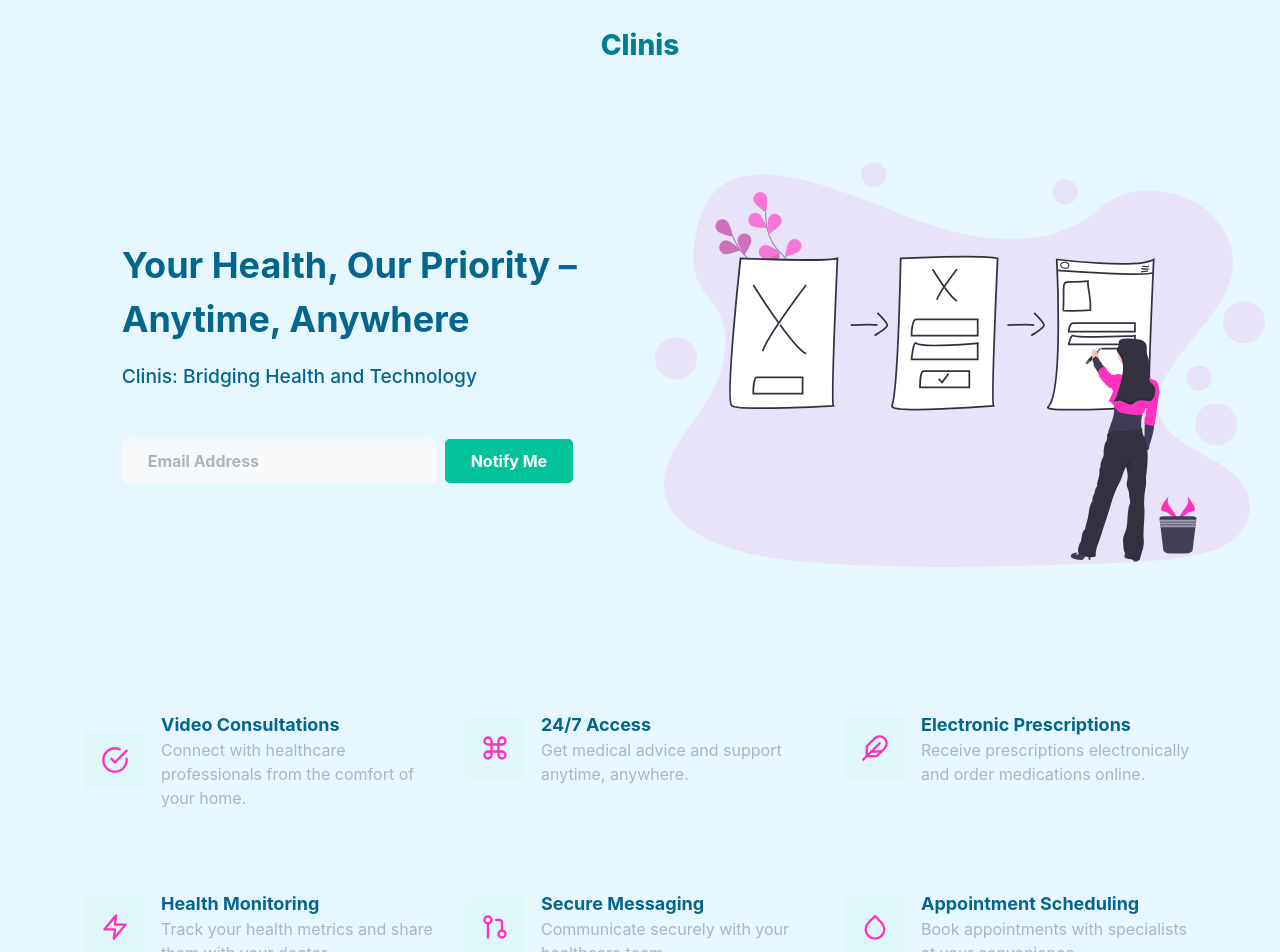
Repository: Rupak09/demo1
Page: index.html
The author's editor kept a copy of each file at every save. The page is drawn from the files as they stood at one save, then again after the next save.
The browser window is 1280 px wide. The pictures show the part of the page from y = 0 to 952 px (the page is 2819 px tall).
A picture or video elsewhere on the page could not be fetched, so the positions and the page height are approximate. Some web fonts or font styles are not loaded; a fallback is used. Some web libraries are served in a nearby version.

Above is the page before, as saved 2024-12-28 12:04:28.

### index.html
<!doctype html>
<html lang="en">
<head>
    <!-- Required meta tags -->
    <meta charset="utf-8">
    <meta name="viewport" content="width=device-width, initial-scale=1, shrink-to-fit=no">
    <title>Clinis</title>
    <meta name="description" content="Clinis - People's most recommended telemedicine app."/>

    <!-- Google font -->
    <link href="https://fonts.googleapis.com/css?family=K2D:300,400,500,700,800" rel="stylesheet">

    <!-- Bootstrap CSS / Color Scheme -->
    <link rel="stylesheet" href="css/bootstrap.css">
    <style>
        body {
            background-color: #e6f7ff; /* Light Cyan */
            color: #005f73; /* Deep Teal */
        }
        .heading-brand {
            color: #028090; /* Cyan */
        }
        h1, .lead, .title {
            color: #05668d; /* Teal Blue */
        }
        .btn-primary {
            background-color: #02c39a; /* Medium Aquamarine */
            border-color: #02c39a;
        }
        .btn-primary:hover {
            background-color: #028090; /* Cyan */
            border-color: #028090;
        }
        .icon-box-inner {
            background-color: #e0f7fa; /* Light Cyan */
        }
        .icon-box-inner span {
            color: #039be5; /* Light Blue */
        }
        footer {
            background-color: #028090; /* Cyan */
            color: #ffffff; /* White */
        }
        a {
            color: #0288d1; /* Bright Blue */
        }
        a:hover {
            color: #039be5; /* Light Blue */
        }
    </style>
</head>
<body>
<!-- The rest of the HTML remains the same -->
</body>
</html>

<!-- Header Section -->
<section class="pt-4 pb-5">
    <div class="container-fluid">
        <div class="row">
            <div class="col-12 text-center">
                <div class="heading-brand">Clinis</div>
            </div>
        </div>
        <div class="row mt-6">
            <div class="col-md-5 ml-md-auto my-md-auto order-2 order-md-1">
                <h1>Your Health, Our Priority – Anytime, Anywhere</h1>
                <p class="lead mb-5">
                    Clinis: Bridging Health and Technology
                </p>
                <form class="form-inline">
                    <div class="form-group mr-2 mb-2">
                        <label for="email" class="sr-only">Email</label>
                        <input type="email" class="form-control" id="email" placeholder="Email Address">
                    </div>
                    <button type="submit" class="btn btn-primary mb-2">Notify Me</button>
                </form>
            </div>
            <div class="col-md-6 my-md-auto pb-5 pb-md-0 order-1 order-md-2">
                <img alt="Mockup" class="img-fluid d-block mx-auto" src="img/mockup.svg"/>
            </div>
        </div>
    </div>
</section>

<!-- Features Section -->
<section class="py-5">
    <div class="container">
        <div class="row feature-grid">
            <div class="col-md-4 col-sm-6">
                <div class="media">
                    <div class="icon-box">
                        <div class="icon-box-inner">
                            <span data-feather="check-circle" width="28" height="28"></span>
                        </div>
                    </div>
                    <div class="media-body">
                        <div class="title">Video Consultations</div>
                        <div class="sub-title">Connect with healthcare professionals from the comfort of your home.</div>
                    </div>
                </div>
            </div>
            <div class="col-md-4 col-sm-6">
                <div class="media">
                    <div class="icon-box">
                        <div class="icon-box-inner">
                            <span data-feather="command" width="28" height="28"></span>
                        </div>
                    </div>
                    <div class="media-body">
                        <div class="title">24/7 Access</div>
                        <div class="sub-title">Get medical advice and support anytime, anywhere.</div>
                    </div>
                </div>
            </div>
            <div class="col-md-4 col-sm-6">
                <div class="media">
                    <div class="icon-box">
                        <div class="icon-box-inner">
                            <span data-feather="feather" width="28" height="28"></span>
                        </div>
                    </div>
                    <div class="media-body">
                        <div class="title">Electronic Prescriptions</div>
                        <div class="sub-title">Receive prescriptions electronically and order medications online.</div>
                    </div>
                </div>
            </div>
            <div class="col-md-4 col-sm-6">
                <div class="media">
                    <div class="icon-box">
                        <div class="icon-box-inner">
                            <span data-feather="zap" width="28" height="28"></span>
                        </div>
                    </div>
                    <div class="media-body">
                        <div class="title">Health Monitoring</div>
                        <div class="sub-title">Track your health metrics and share them with your doctor.</div>
                    </div>
                </div>
            </div>
            <div class="col-md-4 col-sm-6">
                <div class="media">
                    <div class="icon-box">
                        <div class="icon-box-inner">
                            <span data-feather="git-pull-request" width="28" height="28"></span>
                        </div>
                    </div>
                    <div class="media-body">
                        <div class="title">Secure Messaging</div>
                        <div class="sub-title">Communicate securely with your healthcare team.</div>
                    </div>
                </div>
            </div>
            <div class="col-md-4 col-sm-6">
                <div class="media">
                    <div class="icon-box">
                        <div class="icon-box-inner">
                            <span data-feather="droplet" width="28" height="28"></span>
                        </div>
                    </div>
                    <div class="media-body">
                        <div class="title">Appointment Scheduling</div>
                        <div class="sub-title">Book appointments with specialists at your convenience.</div>
                    </div>
                </div>
            </div>
        </div>
    </div>
</section>

<!-- Used By Section -->
<section class="pt-5 pb-7">
    <div class="container">
        <div class="row">
            <div class="col-md-8 mx-auto text-center">
                <h2>Trusted by Thousands of Users</h2>
                <p class="lead text-muted">Clinis is used by individuals and families for all their telemedicine needs.</p>
                <div class="mt-5 d-flex flex-row justify-content-md-between flex-wrap press-icons">
                    <img src="https://logo.clearbit.com/google.com?size=60" alt="Google"/>
                    <img src="https://logo.clearbit.com/twitter.com?size=60" alt="Twitter"/>
                    <img src="https://logo.clearbit.com/vuejs.org?size=60" alt="Vue.js"/>
                    <img src="https://logo.clearbit.com/stripe.com?size=60" alt="Stripe"/>
                </div>
            </div>
        </div>
    </div>
</section>

<!-- Footer -->
<footer class="py-5">
    <div class="container">
        <div class="row">
            <div class="col-12 text-center">
                <ul class="list-inline">
                    <li class="list-inline-item"><a href="#">Team</a></li>
                    <li class="list-inline-item"><a href="#">About</a></li>
                    <li class="list-inline-item"><a href="#">Privacy</a></li>
                </ul>
            </div>
        </div>
        <div class="row my-2">

        </div>
    </div>
</footer>

<!-- jQuery first, then Popper.js, then Bootstrap JS -->
<script src="https://code.jquery.com/jquery-3.2.1.min.js"></script>
<script src="https://cdnjs.cloudflare.com/ajax/libs/feather-icons/4.7.3/feather.min.js"></script>
<script src="js/scripts.js"></script>
</body>
</html>

Loaded but not shown: css/bootstrap.css (library); js/scripts.js (common file)

After the next save:
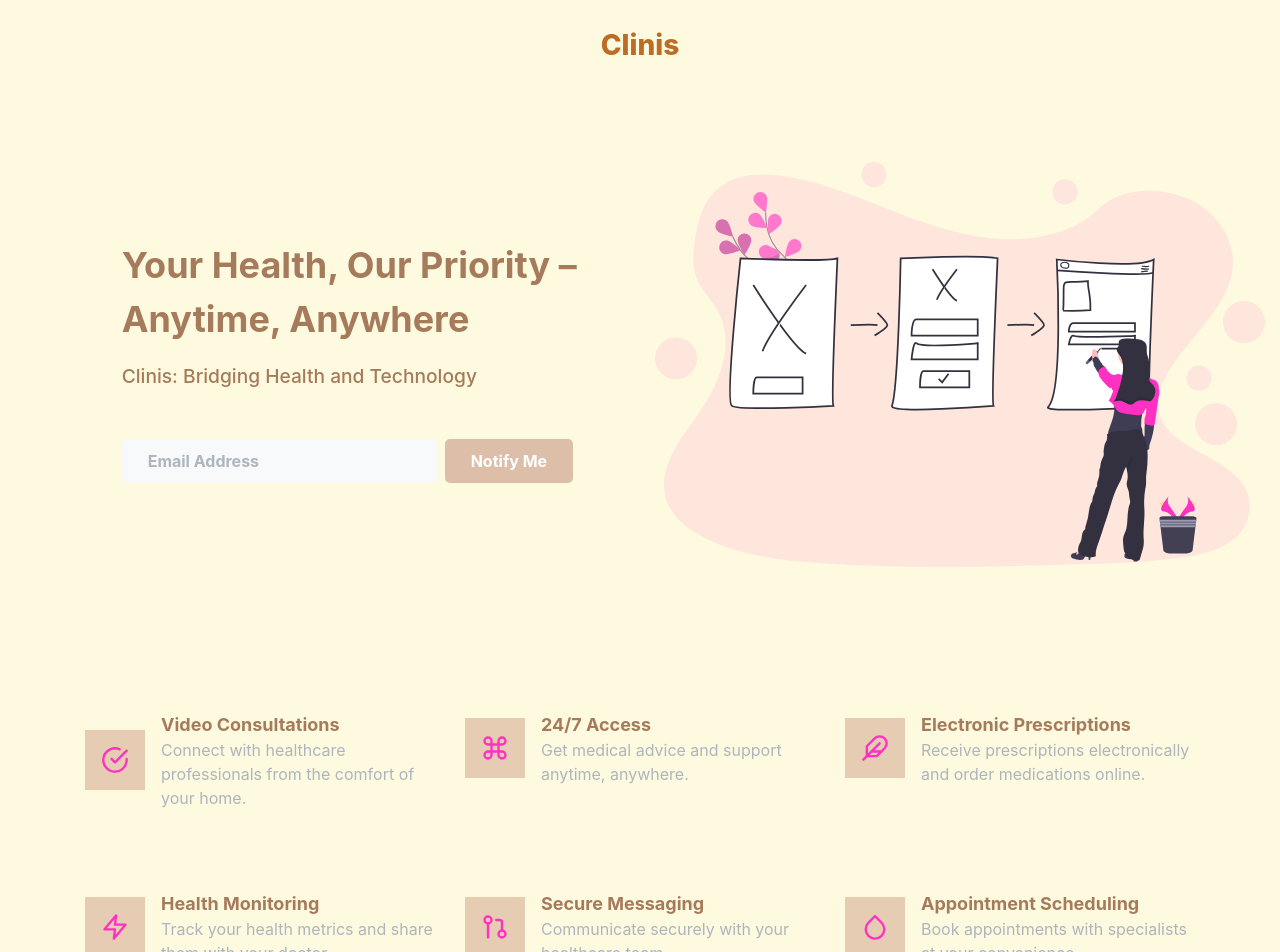
Saved 11 s later.
--- a/index.html
+++ b/index.html
@@ -14,38 +14,38 @@
     <link rel="stylesheet" href="css/bootstrap.css">
     <style>
         body {
-            background-color: #e6f7ff; /* Light Cyan */
-            color: #005f73; /* Deep Teal */
+            background-color: #fefae0; /* Light Cream */
+            color: #6b4226; /* Dark Brown */
         }
         .heading-brand {
-            color: #028090; /* Cyan */
+            color: #bc6c25; /* Bronze */
         }
         h1, .lead, .title {
-            color: #05668d; /* Teal Blue */
+            color: #a57b5b; /* Warm Tan */
         }
         .btn-primary {
-            background-color: #02c39a; /* Medium Aquamarine */
-            border-color: #02c39a;
+            background-color: #ddbea9; /* Soft Beige */
+            border-color: #ddbea9;
         }
         .btn-primary:hover {
-            background-color: #028090; /* Cyan */
-            border-color: #028090;
+            background-color: #bc6c25; /* Bronze */
+            border-color: #bc6c25;
         }
         .icon-box-inner {
-            background-color: #e0f7fa; /* Light Cyan */
+            background-color: #e6ccb2; /* Light Tan */
         }
         .icon-box-inner span {
-            color: #039be5; /* Light Blue */
+            color: #e07a5f; /* Terracotta */
         }
         footer {
-            background-color: #028090; /* Cyan */
+            background-color: #bc6c25; /* Bronze */
             color: #ffffff; /* White */
         }
         a {
-            color: #0288d1; /* Bright Blue */
+            color: #7f5539; /* Rich Brown */
         }
         a:hover {
-            color: #039be5; /* Light Blue */
+            color: #bc6c25; /* Bronze */
         }
     </style>
 </head>
